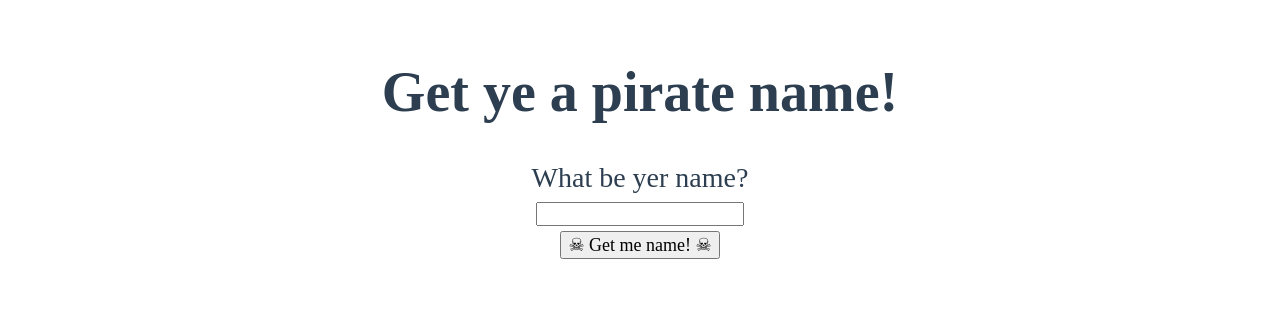
Repository: tessaSAC/pirate-namer
Page: /
These files come from the project's save history. The page is drawn as it stood at one moment and after the next save; the edit follows.
The browser window is 1280 px wide. The pictures show the whole page.
Some web fonts or font styles are not loaded; a fallback is used. The project was rebuilt for these pictures with package versions that can differ from the ones it lists, and the page was loaded fresh each time. Also part of the build but not shown: vite.config.js.

Above is the page before, as saved 2021-08-05 20:15:39.

### src/App.vue
<script>
const pirateTitles = [
  'Anchor Watch',
  'Arrrrmourer',
  'Arrrrmourer\'s Mate',
  'Arrrtist',
  'Boatswain',
  'Bosun\'s Mate',
  'Cape-Merchant',
  'Captain',
  'Cap\'n',
  'Carrrrrrrrrrpenter',
  'Carrrrrrrrrrpenter\'s Mate',
  'Chirurgeon',
  'Cooper',
  'Coxswain',
  'First Mate',
  'Gunner',
  'Gunner\'s Mate',
  'Helmsperson',
  'Linguist',
  'Musketeer',
  'Ropemaker',
  'Sea-Arrrrrrrrrrrrrrtist',
  'Skipper',
  'Stand-by Watch',
  'Steersperson',
  'Surgeon',
  'Top Person',
  'Watch',

  // Nicknames
  'Birdeye',
  'Dread Pirate',
  'Old-Tide',
  'Stinkin',
  'Silly',
  'Viewtiful',
]

const pirateNames = [
  'Aegea',
  'Anamaria',
  'Angelica',
  'Anne',
  'Arcelia',
  'Bonny',
  'Calypso',
  'Charlotte',
  'Ching',
  'Christina',
  'Destiny',
  'Elise',
  'Elizabeth',
  'Flora',
  'Grace',
  'Jacquotte',
  'Jade',
  'Jeanne',
  'Johanna',
  'Lindsey',
  'Maire',
  'Margaret',
  'Maria',
  'Marina',
  'Mary',
  'Nerina',
  'Rachel',
  'Ruth',
  'Sadie',
  'Sayyida',
  'Sirene',
  'Teuta',
  'Tia',
  'Ula',
  'Amaro',
  'Archer',
  'Barbossa',
  'Bartholomew',
  'Calico',
  'Caspian',
  'Charles',
  'Cornelius',
  'Davy',
  'Drake',
  'Edmund',
  'Edward',
  'Francis',
  'Frederick',
  'Hawkins',
  'Henry',
  'Hudd',
  'Jack',
  'JohnIsland',
  'Kiddduring',
  'Marquis',
  'Nathaniel',
  'Nicholas',
  'Phineas',
  'Pierre',
  'Raleigh',
  'Richard',
  'Roger',
  'Ronan',
  'Stede',
  'Thomas',
  'William',
  'Zheng',
  'Bellamy',
  'James',
  'Jordan',
  'Journey',
  'Morgan',
  'Phoenix',
  'Scout',
  'Sailor',
]

const pirateNicknames = [
  'Dark-Skull',
  'One Piece',
  'The Gentle Pirate',
  'The Rhode Island Pirate',
  'The Unicorn',
  'The Vue Fan',
]

export default {
  data: _ => ({
    userName: '',
    pirateName: '',
  }),

  methods: {
    generatePirateName() {
      const [pirateTitles, pirateNicknames] = this.randomiseNicknames()
      const title = this.getRandomName(pirateTitles)
      const pname = this.getRandomName(pirateNames)
      const nickname = this.getRandomName(pirateNicknames)

      this.pirateName = `${ title ? title + ' ' : ''}${ pname }${ nickname ? ' "' + nickname + '"': ''}`
    },

    getRandomName(listNames) {
      const nameToTransform = this.userName || '🦜'
      const characterToGenerateName = nameToTransform.charCodeAt(Math.round(Math.random() * 10000) % (nameToTransform.length - 1)) % listNames.length
      return listNames[characterToGenerateName]
    },

    randomiseNicknames() {
      const tempPirateTitles = [...pirateTitles]
      const tempPirateNicknames = [...pirateNicknames]
      tempPirateTitles.length = Math.round(Math.random() * (tempPirateTitles.length * 3))
      tempPirateNicknames.length = Math.round(Math.random() * (tempPirateTitles.length * 5))
      return [ tempPirateTitles, tempPirateNicknames ]
    }
  },
}
</script>

<template>
<h1>Get ye a pirate name!</h1>
<form @submit.prevent="generatePirateName">
  <label>
    What be yer name?
    <br>
    <input v-model="userName" />
  </label>
  <br>
  <button>
    ☠ Get me name! ☠
  </button>

  <div>
    <output name="Yer Pirate Name Be">
      {{ pirateName }}
    </output>
  </div>
</form>
</template>


<style lang="scss">
@import url('https://fonts.googleapis.com/css2?family=Grenze+Gotisch&family=Miniver&family=Playball&family=Seaweed+Script&family=Trade+Winds&family=Cabin+Sketch&display=swap');

#app {
  /* font-family: 'Trade Winds', cursive;
  font-family: 'Seaweed Script', cursive;
  font-family: 'Playball', cursive; */
  font-family: 'Cabin Sketch', cursive;
  font-family: 'Grenze Gotisch', cursive;
  font-family: 'Miniver', cursive;

  -webkit-font-smoothing: antialiased;
  -moz-osx-font-smoothing: grayscale;
  text-align: center;
  color: #2c3e50;
  margin-top: 60px;

  font-size: 28px;

  input {
    font-family: 'Cabin Sketch';
    font-size: 1rem;
  }

  button {
    font-family: Miniver;
    font-size: 18px;
  }

  output {
    font-family: 'Grenze Gotisch';
  }
}
</style>

Loaded but not shown: index.html (common file); src/main.js (common file)

After the next save:
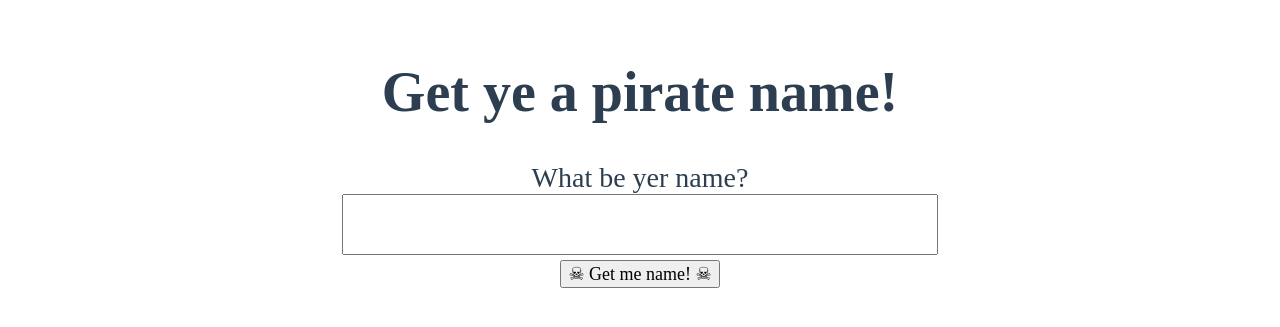
Saved 17 s later.
--- a/src/App.vue
+++ b/src/App.vue
@@ -201,7 +201,7 @@ export default {
 
   input {
     font-family: 'Cabin Sketch';
-    font-size: 1rem;
+    font-size: 3rem;
   }
 
   button {
